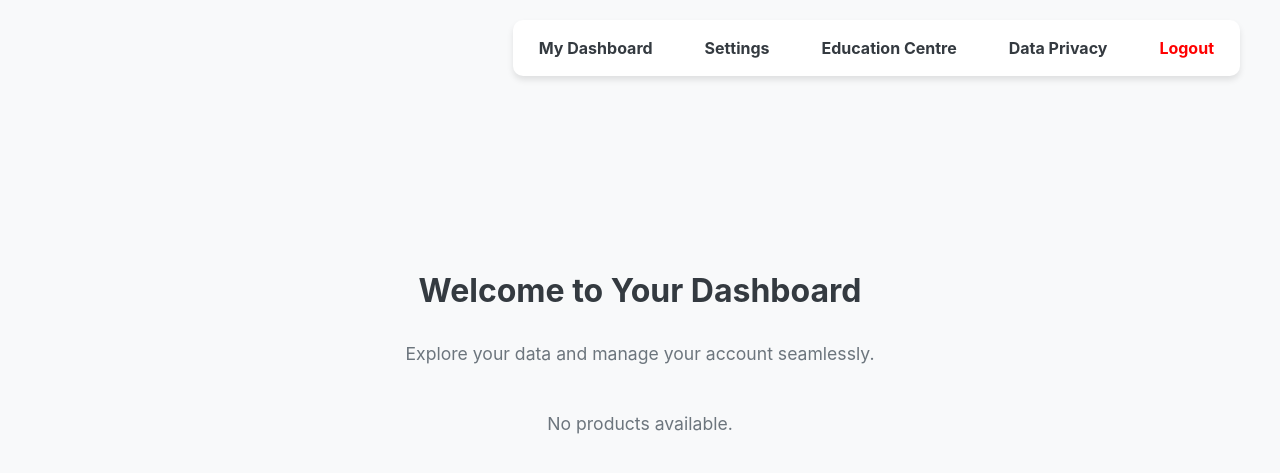
Repository: aab232/https---github.com-aab232-Deferred-Payment-Platform
Page: /main (app in frontend/)
The author's editor kept a copy of each file at every save. The page is drawn from the files as they stood at one save, then again after the next save.
The browser window is 1280 px wide. The pictures show the whole page.
The page's requests for data from a server got no answer. The project was rebuilt for these pictures with package versions that can differ from the ones it lists, and the page was loaded fresh each time. No one was signed in, and anything a server would have sent is missing. Also part of the build but not shown: frontend/src/components/Home.js, frontend/src/components/Form.css, frontend/src/components/Register.js, frontend/src/components/Login.js, frontend/src/components/BackButton.css, frontend/src/components/BackButton.js, frontend/src/components/Settings.js.

Above is the page before, as saved 2025-03-26 01:38:28.

After the next save:
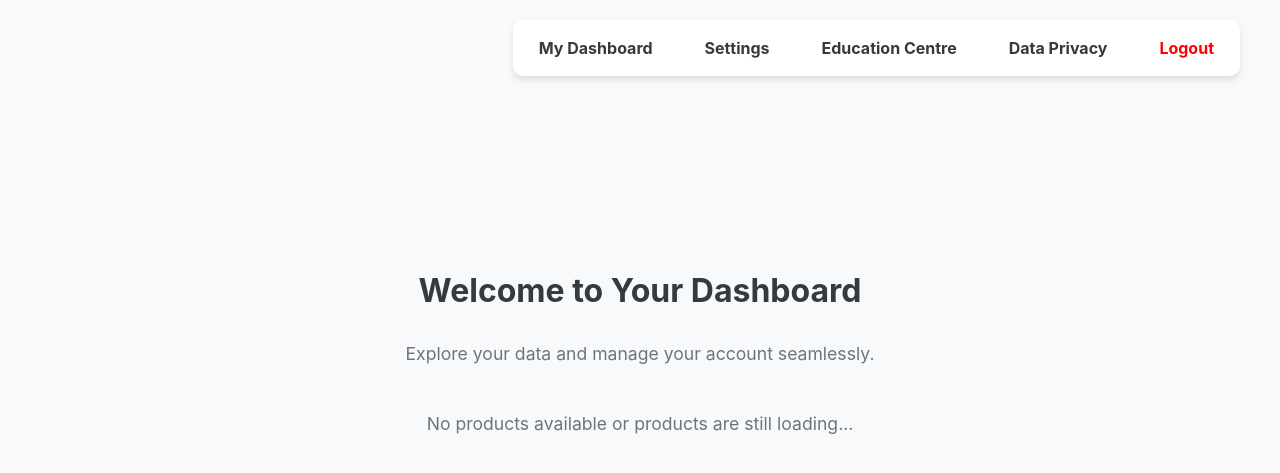
Saved 3 min 34 s later.
--- a/frontend/src/components/Main.js
+++ b/frontend/src/components/Main.js
@@ -15,9 +15,15 @@ const Main = () => {
     const fetchProducts = async () => {
       try {
         const response = await axios.get('http://localhost:5000/api/products');
-        console.log('Fetched products:', response.data); // Log the response to inspect it
+        console.log('Fetched products:', response.data); // Log the full response
+
+        // Check if the response contains the products array
         if (Array.isArray(response.data.products)) {
-          setProducts(response.data.products); // Extract products array from the response
+          if (response.data.products.length > 0) {
+            setProducts(response.data.products); // Set products to state if data exists
+          } else {
+            console.log('No products available');
+          }
         } else {
           console.error('Invalid product data:', response.data);
         }
@@ -53,7 +59,7 @@ const Main = () => {
             </div>
           ))
         ) : (
-          <p>No products available.</p>
+          <p>No products available or products are still loading...</p>  // Display a message if no products are available
         )}
       </div>
     </div>
